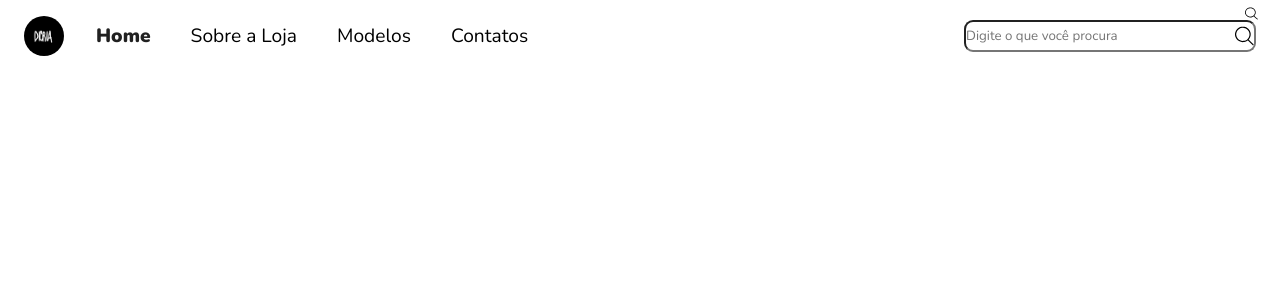
Repository: analessp/dicriastreet
Page: index.html
The author's editor kept a copy of each file at every save. The page is drawn from the files as they stood at one save, then again after a run of saves.
The browser window is 1280 px wide. The pictures show the whole page.

Above is the page before, as saved 2025-04-17 12:26:19.

### index.html
<!DOCTYPE html>
<html lang="pt-BR">

<head>
    <meta charset="UTF-8">
    <meta name="viewport" content="width=device-width, initial-scale=1.0">
    <title>dicriastreet</title>
    <link rel="preconnect" href="https://fonts.googleapis.com">
    <link rel="preconnect" href="https://fonts.gstatic.com" crossorigin>
    <link
        href="https://fonts.googleapis.com/css2?family=Nunito:ital,wght@0,200..1000;1,200..1000&family=Outfit:wght@100..900&display=swap"
        rel="stylesheet">
    <link rel="stylesheet" href="style.css">
</head>

<body>
    <header>
        <nav id="header-nav">
            <img src="/assets/logo.png" alt="Logo dicriastreet" id="header-logo">
            <ul>
                <li>Home</li>
                <li>Sobre a Loja</li>
                <li>Modelos</li>
                <li>Contatos</li>
            </ul>
            </nav>
            <div id="header-search-bar">
                <input type="text" placeholder="Digite o que você procura">
                <button>
                    <img id="search-icon" src="/assets/search.svg" alt="Imagem de uma lupa">
            </div>
    </header>
    <main>

    </main>
    <footer>

    </footer>
</body>

</html>

### style.css
:root {
    --background-color: #000000;
    --font-color: #ffffff;
    --primary-color: #adaaaa;
    --secondary-color: #212121;
}

* {
    margin: 0;
    padding: 0;
    font-family: "Nunito", sans-serif;
}

body {
    height: 100vh;
}

header {
    display: flex;
    align-items: center;
    justify-content: space-between;
    height: 3.5rem;
    background-color: var(--font-color);
    gap: 1.5rem;
    padding: 0.5rem 1.5rem;
}

#header-nav {
    display: flex;
    align-items: center;
    gap: 2rem;
}

#header-logo {
    width: 2.5rem;
    height: fit-content;
    border-radius: 100%;
}


#header-nav ul {
    display: flex;
    color: var(--var-secondary-color);
    font-size: 1.2rem;
    list-style: none;
    gap: 2.5rem;
}

#header-nav ul li:first-child {
    color: var(--secondary-color);
    font-weight: 900;
}

#header-seach-bar {
    position: relative;
}

#header-search-bar input {
    border-radius: 9px;
    height: 1.8rem;
    width: 18rem;
    padding: 0 1 rem;
    background: url(/assets/search.svg);
    background-color: #ffffff;
    background-repeat: no-repeat;
    background-position: right;
}

#header-search-bar button {
    cursor: pointer;
    height: 1.8rem;
    width: 2rem;
    border-radius: 9px;
    background-color: var(--var-font-color);
    padding: 0.2rem 0.5rem;
    border: none;
    position: absolute;
    right: 0.8rem;
    top: 0.1rem;

    &:active {
        transform: scale(0.9);
        background-color: var(--secondary-color);
    }
}

#search-icon {
    width: 0.8rem;
}

After the next 2 saves:
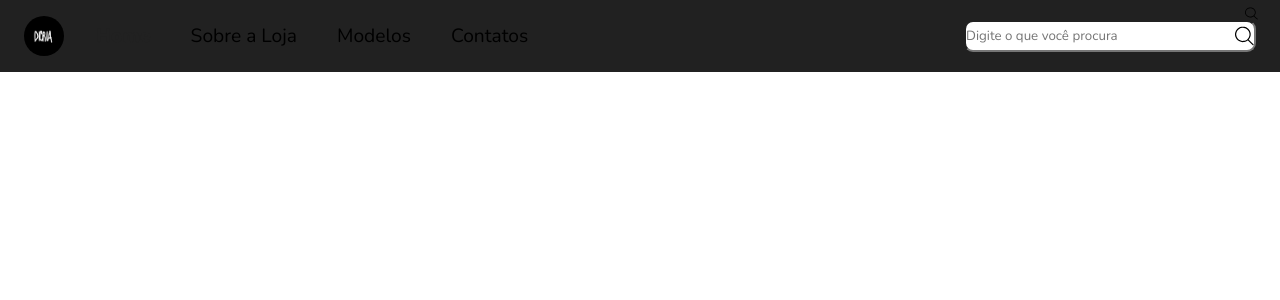
The 2 saves are shown as one change because they came seconds apart.
The last was saved 34 s later.
--- a/style.css
+++ b/style.css
@@ -20,7 +20,7 @@ header {
     align-items: center;
     justify-content: space-between;
     height: 3.5rem;
-    background-color: var(--font-color);
+    background-color: var(--secondary-color);
     gap: 1.5rem;
     padding: 0.5rem 1.5rem;
 }
